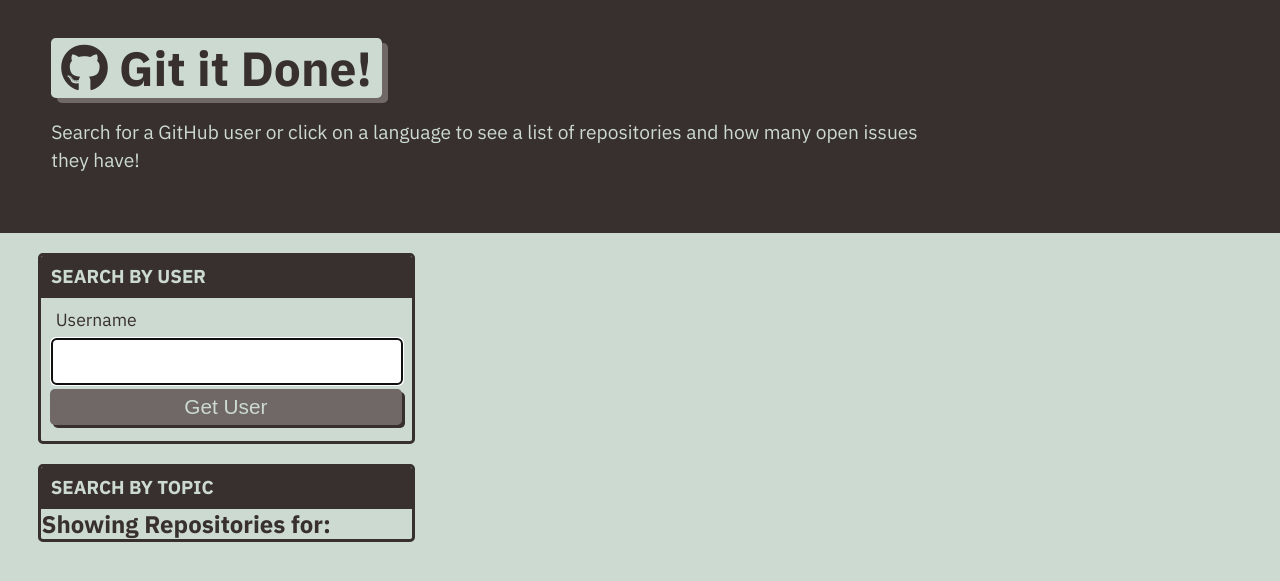
Repository: Brookethorson/git-it-done
Page: index.html
These files come from the project's save history. The page is drawn as it stood at one moment and after a run of saves; the edit follows.
The browser window is 1280 px wide. The pictures show the whole page.
Some web libraries are served in a nearby version.

Above is the page before, as saved 2021-09-04 17:39:45.

After the next 6 saves:
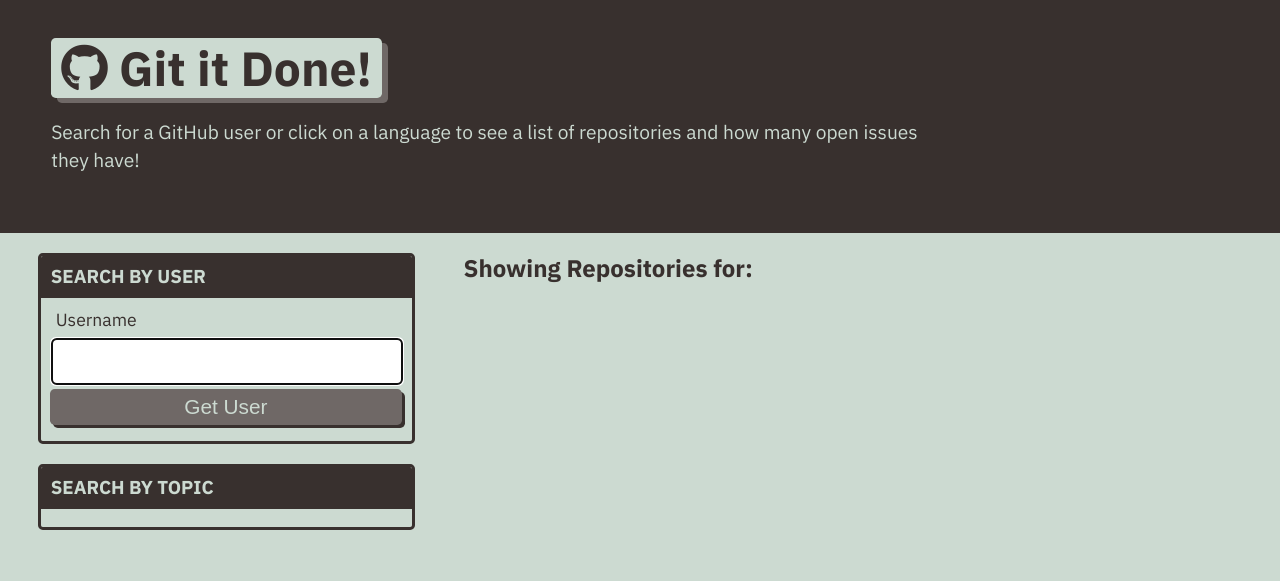
The 6 saves are shown as one change because they came seconds apart.
The last was saved 16 s later.
--- a/index.html
+++ b/index.html
@@ -33,7 +33,7 @@
 
       <div class="card">
         <h3 class="card-header text-uppercase">Search By Topic</h3>
-        <div class=""
+        <div class="card-body" id="langauge-buttons"></div>
       </div>
     </div>
 
